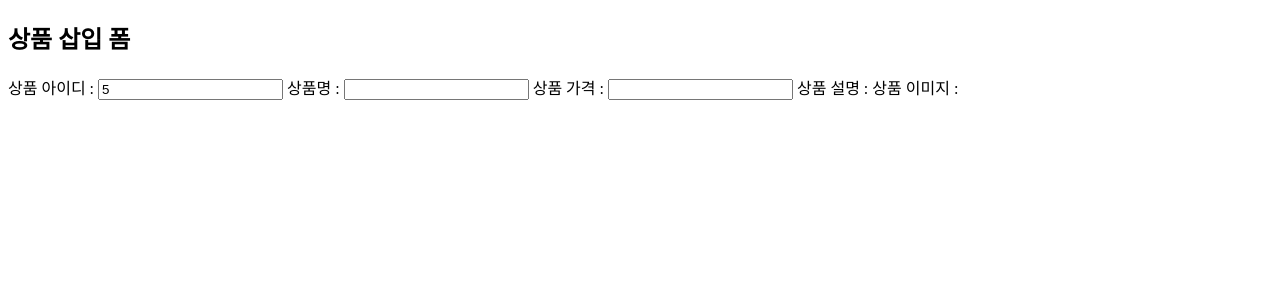
Repository: JhPlayGround/jsp
Page: http://localhost/chap03_MVC_JDBC/WEB-INF/views/jsp/insertForm.jsp
An editor plug-in stored every save of this project. The page is shown before and after the next save, followed by the edit.
The browser window is 1280 px wide. The pictures show the whole page.
The page is served by Tomcat 9. Nobody is signed in. The template is opened directly, without the code that normally fills it, so the values that code supplies are empty.

Above is the page before, as saved 2019-08-06 01:53:59.

After the next save:
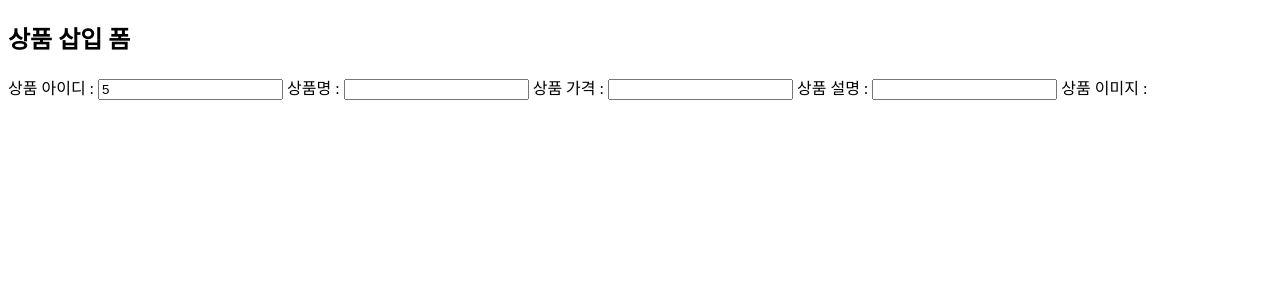
Saved 10 s later.
--- a/workspace/chap03_MVC_JDBC/src/main/webapp/WEB-INF/views/jsp/insertForm.jsp
+++ b/workspace/chap03_MVC_JDBC/src/main/webapp/WEB-INF/views/jsp/insertForm.jsp
@@ -12,7 +12,7 @@
 		상품 아이디 : <input id = "item_id" name = "item_id" value = "5">
  		상품명 : <input id = "item_name" naem = "item_name">
 		상품 가격 : <input id = "item_price" name = "item_price">
-		상품 설명 :
+		상품 설명 : <input id = "item_des" name = "item_des">
 		상품 이미지 :
 	</form>
 </body>
